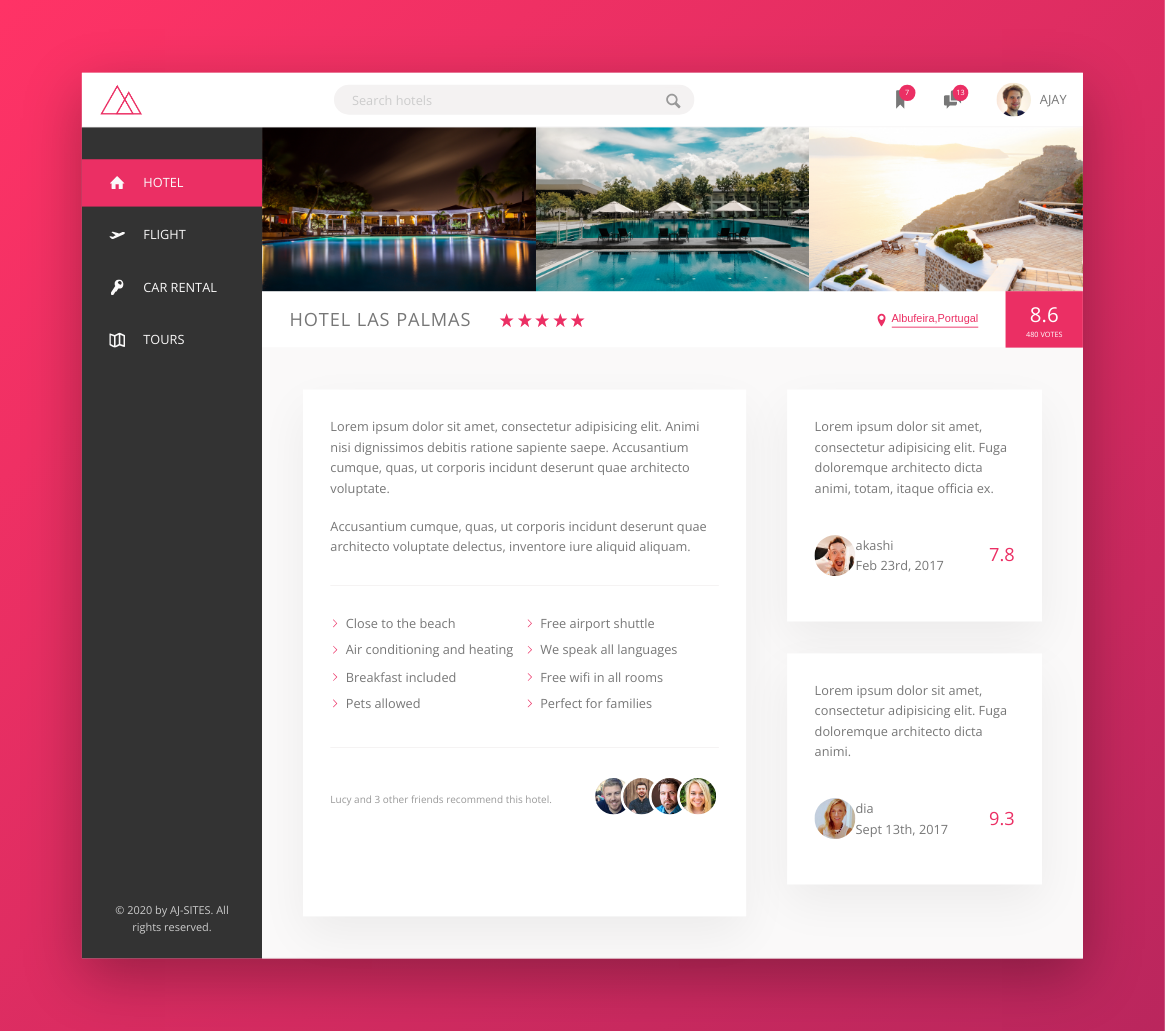
Repository: ajayaj2001/modern-Hotel
Page: /
These files come from the project's save history. The page is drawn as it stood at one moment and after the next save; the edit follows.
The browser window is 1280 px wide. The pictures show the whole page, at 91% of full size.
The project was rebuilt for these pictures with package versions that can differ from the ones it lists, and the page was loaded fresh each time.

Above is the page before, as saved 2020-12-14 00:05:08.

### public/index.html
<!DOCTYPE html>
<html lang="en">

<head>
  <meta charset="utf-8" />
  <link rel="icon" href="%PUBLIC_URL%/favicon.ico" />
  <meta name="viewport" content="width=device-width, initial-scale=1" />
  <meta name="theme-color" content="#000000" />
  <meta name="description" content="Web site created using create-react-app" />
  <link rel="apple-touch-icon" href="%PUBLIC_URL%/logo192.png" />
  <link rel="preconnect" href="https://fonts.gstatic.com">
  <link href="https://fonts.googleapis.com/css2?family=Open+Sans:wght@300;400;600&display=swap" rel="stylesheet">
  <!--
      manifest.json provides metadata used when your web app is installed on a
      user's mobile device or desktop. See https://developers.google.com/web/fundamentals/web-app-manifest/
    -->
  <link rel="manifest" href="%PUBLIC_URL%/manifest.json" />
  <!--
      Notice the use of %PUBLIC_URL% in the tags above.
      It will be replaced with the URL of the `public` folder during the build.
      Only files inside the `public` folder can be referenced from the HTML.

      Unlike "/favicon.ico" or "favicon.ico", "%PUBLIC_URL%/favicon.ico" will
      work correctly both with client-side routing and a non-root public URL.
      Learn how to configure a non-root public URL by running `npm run build`.
    -->
  <title>React App</title>
</head>

<body>
  <noscript>You need to enable JavaScript to run this app.</noscript>
  <div id="root"></div>
  <!--
      This HTML file is a template.
      If you open it directly in the browser, you will see an empty page.

      You can add webfonts, meta tags, or analytics to this file.
      The build step will place the bundled scripts into the <body> tag.

      To begin the development, run `npm start` or `yarn start`.
      To create a production bundle, use `npm run build` or `yarn build`.
    -->
</body>

</html>

### src/index.js
import React from 'react';
import ReactDOM from 'react-dom';
import './index.scss';
import App from '../src/app/App';

ReactDOM.render(
  <React.StrictMode>
    <App />
  </React.StrictMode>,
  document.getElementById('root')
);

### src/index.scss
@import "../src/scss/reuse.scss";
* {
  margin: 0;
  padding: 0;
}
:root {
  --color-primary: #eb2f64;
  --color-primary-light: #ff3366;
  --color-primary-dark: #ba265d;

  --color-gray-light-1: #faf9f9;
  --color-gray-light-2: #f4f2f2;
  --color-gray-light-3: #f0eeee;
  --color-gray-light-4: #ccc;

  --color-gray-dark-1: #333;
  --color-gray-dark-2: #777;
  --color-gray-dark-3: #999;

  --line: 1px solid var(--color-gray-light-2);
  --shadow-light: 0 2rem 5rem rgba(0, 0, 0, 0.06);
}
*,
*::before,
*::after {
  box-sizing: inherit;
}
html {
  box-sizing: border-box;
  font-size: 62.5%; //1rem=10px 10px/16px=62.5%
}
body {
  font-family: "Open Sans", sans-serif;
  -webkit-font-smoothing: antialiased;
  -moz-osx-font-smoothing: grayscale;
  font-family: "Open Sans", sans-serif;
  font-weight: 400;
  line-height: 1.6;
  background-image: linear-gradient(to right bottom, var(--color-primary-light), var(--color-primary-dark));
  background-size: cover;
  background-repeat: no-repeat;
  min-height: 100vh;
  color: var(--color-gray-dark-2);
}

### src/app/App.js
import React from 'react';
import Header from '../header/Header';
import Navigation from '../navigation/Navigation'
import Hotelview from '../hotel-view/Hotelview'
import './App.scss';
function App() {
  return (
    <div className="container">
      <Header />
      <div className="content">
        <Navigation />
        <Hotelview />
      </div>
    </div>
  );
}

export default App;

### src/scss/reuse.scss
// variables

// $primary: #eb2f64;
// $primary-light: #ff3366;
// $primary-dark: #ba265d;

// $gray-light-1: #faf9f9;
// $gray-light-2: #f4f2f2;
// $gray-light-3: #f0eeee;

// $gray-dark-1: #333;
// $gray-dark-2: #777;
// $gray-dark-3: #999;

### src/header/Header.js
import React from 'react'
import './Header.scss';
import logo from '../img/logo.png';
import user from '../img/user.jpg';
import svg from '../img/sprite.svg'
const Header = () => {
    return (
        <div className="header">
            <img src={logo} alt="logo" className="logo" />

            <form action="#" className="search">
                <input type="text" className="search__input" placeholder="Search hotels" />
                <button className="search__button">
                    <svg className="search__icon">
                        <use xlinkHref={`${svg}#icon-magnifying-glass`}></use>
                    </svg>
                </button>
            </form>
            <nav className="user-nav">
                <div className="user-nav__icon-box">
                    <svg className="user-nav__icon">
                        <use xlinkHref={`${svg}#icon-bookmark`}></use>
                    </svg>
                    <span className="user-nav__notification">7</span>
                </div>
                <div className="user-nav__icon-box">
                    <svg className="user-nav__icon">
                        <use xlinkHref={`${svg}#icon-chat`}></use>
                    </svg>
                    <span className="user-nav__notification">13</span>
                </div>
                <div className="user-nav__user">
                    <img src={user} alt="user-profile" className="user-nav__user-photo" />
                    <span className="user-nav__user-name">AJAY</span>
                </div>
            </nav>
        </div>
    )
}

export default Header

### src/navigation/Navigation.js
import React from 'react'
import './Navigation.scss'
import svg from '../img/sprite.svg'
const Navigation = () => {
    return (
        <React.Fragment>
            <nav className="sidebar">
                <ul className="side-nav">
                    <li className="side-nav__item side-nav__item--active">
                        <a href="#home" className="side-nav__link">
                            <svg className="side-nav__icon">
                                <use xlinkHref={`${svg}#icon-home`}></use>
                            </svg>
                            <span className="side-nav__text">hotel</span>
                        </a>
                    </li>
                    <li className="side-nav__item">
                        <a href="#flight" className="side-nav__link">
                            <svg className="side-nav__icon">
                                <use xlinkHref={`${svg}#icon-aircraft-take-off`}></use>
                            </svg>
                            <span className="side-nav__text">flight</span>
                        </a>
                    </li>
                    <li className="side-nav__item">
                        <a href="#car-rental" className="side-nav__link">
                            <svg className="side-nav__icon">
                                <use xlinkHref={`${svg}#icon-key`}></use>
                            </svg>
                            <span className="side-nav__text">car rental</span>
                        </a>
                    </li>
                    <li className="side-nav__item">
                        <a href="#tours" className="side-nav__link">
                            <svg className="side-nav__icon">
                                <use xlinkHref={`${svg}#icon-map`}></use>
                            </svg>
                            <span className="side-nav__text">tours</span>
                        </a>
                    </li>
                </ul>
                <div className="legal">
                    &copy; 2020 by AJ-SITES. All rights reserved.
                </div>
            </nav>
        </React.Fragment>
    )
}

export default Navigation

### src/hotel-view/Hotelview.js
import React from 'react'
import Detail from './detail/Detail'
import './Hotelview.scss'
import Overview from './overview/Overview'
const Hotelview = () => {
    return (
        <React.Fragment>
            <main className="hotelview">
                <Overview />
                <Detail />
            </main>
        </React.Fragment>
    )
}

export default Hotelview

### src/app/App.scss
.container {
    max-width: 110rem;
    margin: 8rem auto;
    background-color: var(--color-gray-light-2);
    box-shadow: 0 2rem 6rem rgba(black, 0.3);
    min-height: 50rem;
}
.content {
    display: flex;
}

### src/header/Header.scss
.header {
    height: 6rem;
    background-color: #fff;
    border-bottom: var(--line);
    display: flex;
    justify-content: space-between;
    align-items: center;
}
.logo {
    height: 3.25rem;
    margin-left: 2rem;
}
.search {
    display: flex;
    flex: 0 0 40%;
    align-items: center;
    justify-content: center;

    &__input {
        font-family: inherit;
        font-size: 1.4rem;
        color: inherit;
        background-color: var(--color-gray-light-2);
        border: none;
        padding: 0.7rem 2rem;
        border-radius: 10rem;
        width: 90%;
        transition: all 0.3s;
        margin-right: -3.25rem;
        &:focus {
            outline: none;
            width: 100%;
            background-color: var(--color-gray-light-3);
        }
        &::-webkit-input-placeholder {
            font-weight: 100;
            color: var(--color-gray-light-4);
        }
    }
    &__input:focus + &__button {
        background-color: var(--color-gray-light-3);
    }
    &__button {
        height: 2.8rem;
        border: none;
        background-color: var(--color-gray-light-2);
        &:focus {
            outline: none;
        }
        &:active {
            transform: translateY(2px);
        }
    }
    &__icon {
        height: 3rem;
        width: 2rem;
        fill: var(--color-gray-dark-3);
    }
}

.user-nav {
    align-self: stretch;
    display: flex;
    align-items: center;
    cursor: pointer;
    & > * {
        height: 100%;
        padding: 0 1.8rem;
        display: flex;
        align-items: center;
    }
    & > *:hover {
        background-color: var(--color-gray-light-2);
    }
    &__icon-box {
        position: relative;
    }
    &__icon {
        height: 2.25rem;
        width: 2.25rem;
        fill: var(--color-gray-dark-2);
    }
    &__notification {
        font-size: 0.8rem;
        height: 1.75rem;
        width: 1.75rem;
        border-radius: 50%;
        background-color: var(--color-primary);
        color: #fff;
        position: absolute;
        top: 1.3rem;
        right: 1.3rem;
        display: flex;
        justify-content: center;
        align-items: center;
    }
    &__user-photo {
        height: 3.75rem;
        border-radius: 50%;
        margin-right: 1rem;
    }
    &__user-name {
        font-size: 1.4rem;
    }
}

### src/navigation/Navigation.scss
.sidebar {
    background-color: var(--color-gray-dark-1);
    flex: 0 0 18%;
    display: flex;
    flex-direction: column;
    justify-content: space-between;
}
.side-nav {
    font-size: 1.4rem;
    list-style: none;
    margin-top: 3.5rem;
    &__item {
        position: relative;
        &:not(:last-child) {
            margin-bottom: 0.5rem;
        }
    }
    &__item::before {
        content: "";
        position: absolute;
        top: 0;
        left: 0;
        height: 100%;
        width: 3px;
        background-color: var(--color-primary);
        transform: scaleY(0);
        transition: transform 0.2s, width 0.4s cubic-bezier(1, 0, 0, 1) 0.2s, background-color 0.1s;
    }
    &__item:hover::before,
    &__item--active::before {
        transform: scaleY(1);
        width: 100%;
    }
    &__item:active::before {
        background-color: var(--color-primary-light);
    }
    &__link:link,
    &__link:visited {
        position: relative;
        color: var(--color-gray-light-1);
        text-decoration: none;
        text-transform: uppercase;
        display: block;
        padding: 1.5rem 3rem;
        display: flex;
        align-items: center;
        z-index: 20;
    }
    &__icon {
        width: 1.75rem;
        height: 1.75rem;
        fill: currentColor;
        margin-right: 2rem;
    }
}
.legal {
    font-size: 1.2rem;
    text-align: center;
    padding: 2.5rem;
    color: var(--color-gray-light-4);
}

### src/hotel-view/detail/Detail.js
import React from 'react'
import './Detail.scss'
import Review from './review/Review'
import frnd1 from '../../img/user-3.jpg'
import frnd2 from '../../img/user-4.jpg'
import frnd3 from '../../img/user-5.jpg'
import frnd4 from '../../img/user-6.jpg'
import rev1 from '../../img/user-1.jpg'
import rev2 from '../../img/user-2.jpg'
const Detail = () => {
    return (
        <div className="detail">
            <div className="description">
                <p className="paragraph">
                    Lorem ipsum dolor sit amet, consectetur adipisicing elit. Animi nisi
                    dignissimos debitis ratione sapiente saepe. Accusantium cumque, quas, ut corporis
                    incidunt deserunt quae architecto voluptate.
                </p>
                <p className="paragraph">
                    Accusantium cumque, quas, ut corporis incidunt deserunt quae architecto voluptate
                    delectus, inventore iure aliquid aliquam.
                </p>
                <ul className="list">
                    <li className="list__item">Close to the beach</li>
                    <li className="list__item">Free airport shuttle</li>
                    <li className="list__item">Air conditioning and heating</li>
                    <li className="list__item">We speak all languages</li>
                    <li className="list__item">Breakfast included</li>
                    <li className="list__item">Free wifi in all rooms</li>
                    <li className="list__item">Pets allowed</li>
                    <li className="list__item">Perfect for families</li>
                </ul>
                <div className="recommend">
                    <p className="recommend__count">Lucy and 3 other friends recommend this hotel.</p>
                    <div className="recommend__friends">
                        <img src={frnd1} alt="friends" className="recommend__photo" />
                        <img src={frnd2} alt="friends" className="recommend__photo" />
                        <img src={frnd3} alt="friends" className="recommend__photo" />
                        <img src={frnd4} alt="friends" className="recommend__photo" />
                    </div>
                </div>
            </div>
            <figure className="user-review">
                <Review
                    name="akashi"
                    text="Lorem ipsum dolor
                     sit amet, consectetur adipisicing elit.
                     Fuga doloremque architecto dicta animi,
                     totam, itaque officia ex."
                    date="Feb 23rd, 2017"
                    image={rev1}
                    rating="7.8"
                />
                <Review
                    name="dia"
                    text="Lorem ipsum dolor sit amet, consectetur
                     adipisicing elit. Fuga doloremque architecto
                      dicta animi."
                    date="Sept 13th, 2017"
                    image={rev2}
                    rating="9.3"
                />
            </figure>
        </div>
    )
}

export default Detail

### src/hotel-view/Hotelview.scss
.hotelview {
    background-color: #fff;
    flex: 1;
}

### src/hotel-view/overview/Overview.js
import React from 'react'
import './Overview.scss'
import hotel1 from '../../img/hotel-1.jpg'
import hotel2 from '../../img/hotel-2.jpg'
import hotel3 from '../../img/hotel-3.jpg'
import svg from '../../img/sprite.svg'
const Overview = () => {
    return (
        <React.Fragment>
            <div className="gallery">
                <figure className="gallery__item">
                    <img src={hotel1} alt="hotel building" className="gallery__photo" />
                </figure>
                <figure className="gallery__item">
                    <img src={hotel2} alt="hotel building" className="gallery__photo" />
                </figure>
                <figure className="gallery__item">
                    <img src={hotel3} alt="hotel building" className="gallery__photo" />
                </figure>
            </div>
            <div className="overview">
                <h1 className="overview__heading">
                    HOTEL LAS PALMAS
                </h1>
                <div className="overview__stars">
                    <svg className="overview__icon-star">
                        <use xlinkHref={`${svg}#icon-star`}></use>
                    </svg>
                    <svg className="overview__icon-star">
                        <use xlinkHref={`${svg}#icon-star`}></use>
                    </svg>
                    <svg className="overview__icon-star">
                        <use xlinkHref={`${svg}#icon-star`}></use>
                    </svg>
                    <svg className="overview__icon-star">
                        <use xlinkHref={`${svg}#icon-star`}></use>
                    </svg>
                    <svg className="overview__icon-star">
                        <use xlinkHref={`${svg}#icon-star`}></use>
                    </svg>
                </div>
                <div className="overview__location">
                    <svg className="overview__icon-location">
                        <use xlinkHref={`${svg}#icon-location-pin`}></use>
                    </svg>
                    <button className="btn-inline">Albufeira,Portugal</button>
                </div>
                <div className="overview__rating">
                    <div className="overview__rating-average">8.6</div>
                    <div className="overview__rating-count">480 votes</div>
                </div>
            </div>
        </React.Fragment>
    )
}

export default Overview

### src/hotel-view/detail/Detail.scss
.detail {
    display: flex;
    padding: 4.5rem;
    background-color: var(--color-gray-light-1);
    border-bottom: var(--line);
    font-size: 1.4rem;
}
.description {
    flex: 0 0 60%;
    background-color: #fff;
    margin-right: 4.5rem;
    box-shadow: var(--shadow-light);
    padding: 3rem;
}
.user-review {
    flex: 1;
}
.paragraph:not(:last-of-type) {
    margin-bottom: 2rem;
}
.list {
    margin: 3rem 0;
    list-style: none;
    padding: 3rem 0;
    border-top: var(--line);
    border-bottom: var(--line);
    display: flex;
    flex-wrap: wrap;
    &__item {
        width: 50%;
        margin-bottom: 0.7rem;
    }
    &__item::before {
        content: "";
        display: inline-block;
        height: 1rem;
        width: 1rem;
        margin-right: 0.7rem;
        // background-image: url(../../img/chevron-thin-right.svg);
        // background-size: cover;
        background-color: var(--color-primary);
        -webkit-mask-image: url(../../img/chevron-thin-right.svg);
        -webkit-mask-size: cover;
        mask-image: url(../../img/chevron-thin-right.svg);
        mask-size: cover;
    }
}
.recommend {
    font-size: 1.1rem;
    color: var(--color-gray-dark-3);
    display: flex;
    align-items: center;
    // justify-content: space-between;
    &__count {
        margin-right: auto;
    }
    &__photo {
        box-sizing: content-box;
        height: 4rem;
        width: 4rem;
        border-radius: 50%;
        border: 3px solid #fff;
        &:not(:last-child) {
            margin-right: -1.5rem;
        }
    }
}

### src/hotel-view/detail/review/Review.js
import React from 'react'
import './Review.scss'
const Review = (props) => {
    return (
        <React.Fragment>
            <figure className="review" >
                <blockquote className="review__text">
                    {props.text}
                </blockquote>
                <figcaption className="review__user">
                    <img src={props.image} alt="reviewer" className="review__photo" />
                    <div className="review__user-box">
                        <p className="review__user-name">{props.name}</p>
                        <p className="review__user-date">{props.date}</p>
                    </div>
                    <div className="review__rating">{props.rating}</div>
                </figcaption>
            </figure>
        </React.Fragment>
    )
}

export default Review

### src/hotel-view/overview/Overview.scss
.gallery {
    display: flex;
    &__photo {
        width: 100%;
        display: block;
    }
}

.overview {
    background-color: white;
    display: flex;
    align-items: center;
    border-bottom: var(--line);
    &__heading {
        font-size: 2rem;
        font-weight: 300;
        text-transform: uppercase;
        letter-spacing: 1px;
        padding: 1.5rem 3rem;
    }
    &__stars {
        margin-right: auto;
        display: flex;
    }
    &__icon-star,
    &__icon-location {
        width: 1.75rem;
        height: 1.75rem;
        fill: var(--color-primary);
        margin-right: 0.2rem;
    }
    &__location {
        font-size: 1.2rem;
        display: flex;
        align-items: center;
    }
    &__rating {
        align-self: stretch;
        align-items: center;
        background-color: var(--color-primary);
        padding: 0 2.25rem;
        color: #fff;

        display: flex;
        flex-direction: column;
        align-items: center;
        justify-content: center;
        margin-left: 3rem;
        &-average {
            font-size: 2.25rem;
            font-weight: 300;
            margin-bottom: -3px;
        }
        &-count {
            font-size: 0.8rem;
            text-transform: uppercase;
        }
    }
}

.btn-inline {
    border: none;
    color: var(--color-primary);
    font-size: inherit;
    border-bottom: 1px solid currentColor;
    padding-bottom: 2px;
    display: inline-block;
    background-color: transparent;
    cursor: pointer;
    transition: all 0.2s;
    &:hover {
        color: var(--color-gray-dark-1);
    }

    &:focus {
        outline: none;
        animation: pulsate 1s infinite;
    }
}

@keyframes pulsate {
    0% {
        transform: scale(1);
        box-shadow: none;
    }
    50% {
        transform: scale(1.03);
        box-shadow: 0 1rem 1rem rgba(0, 0, 0, 0.25);
    }
    100% {
        transform: scale(1);
        box-shadow: none;
    }
}

### src/hotel-view/detail/review/Review.scss
.review {
    background-color: #fff;
    box-shadow: var(--shadow-light);
    padding: 3rem;
    margin-bottom: 3.5rem;
    &__text {
    }
    &__user {
        margin-top: 2rem;
        display: flex;
        align-items: center;
    }
    &__user-box {
        padding: 2rem 0;
    }
    &__user-name {
    }
    &__user-date {
    }
    &__photo {
        height: 4.5rem;
        width: 4.5rem;
        border-radius: 50%;
    }
    &__rating {
        margin-left: auto;
        font-size: 2rem;
        color: var(--color-primary);
        font-weight: 300;
    }
}

After the next save:
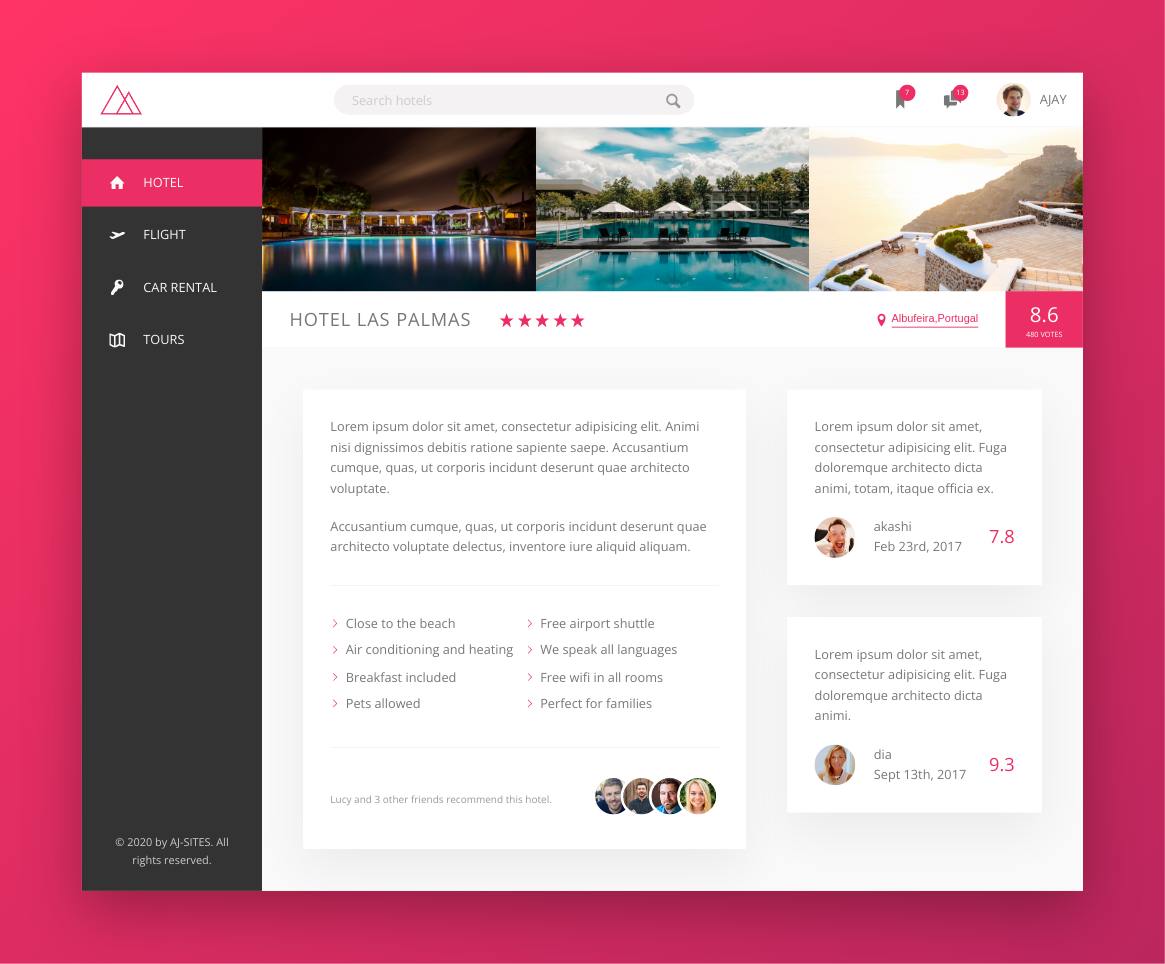
Saved 6 s later.
--- a/src/hotel-view/detail/review/Review.scss
+++ b/src/hotel-view/detail/review/Review.scss
@@ -11,7 +11,7 @@
         align-items: center;
     }
     &__user-box {
-        padding: 2rem 0;
+        padding: 0 2rem;
     }
     &__user-name {
     }
